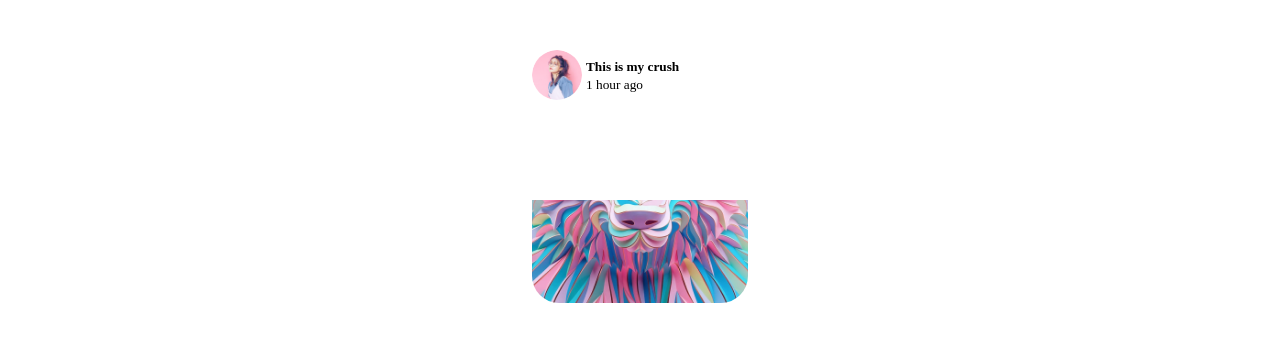
Repository: longNT0dev/C4E132
Page: SS4/index.html
These files come from the project's save history. The page is drawn as it stood at one moment and after a run of saves; the edit follows.
The browser window is 1280 px wide. The pictures show the whole page.

Above is the page before, as saved 2022-10-02 21:55:34.

After the next 2 saves:
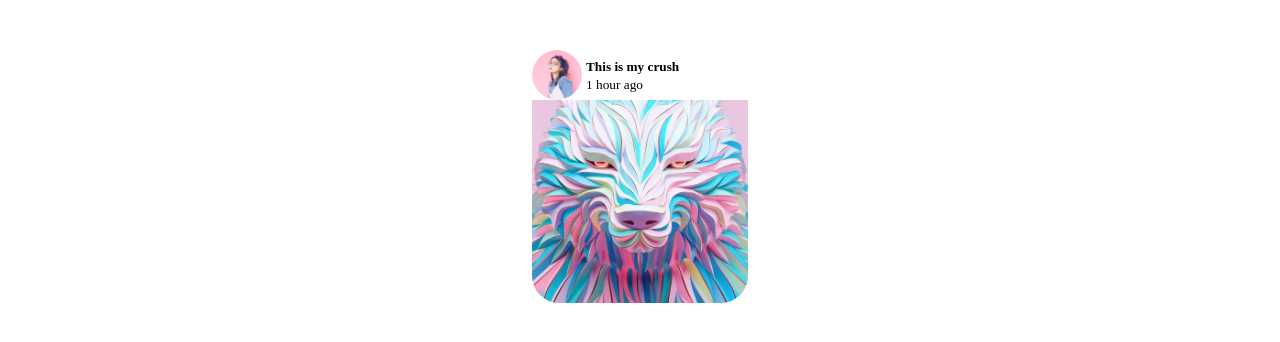
The 2 saves are shown as one change because they came seconds apart.
The last was saved 19 s later.
--- a/SS4/style.css
+++ b/SS4/style.css
@@ -20,12 +20,12 @@
     top: 0;
     left: 0;
     width: 100%;
-    height: 150px;
+    height: 50px;
     background-color: white;
 }
 
 .overlay-information {
-    height: 40%;
+    height: 100%;
 }
 
 .overlay-information img {
